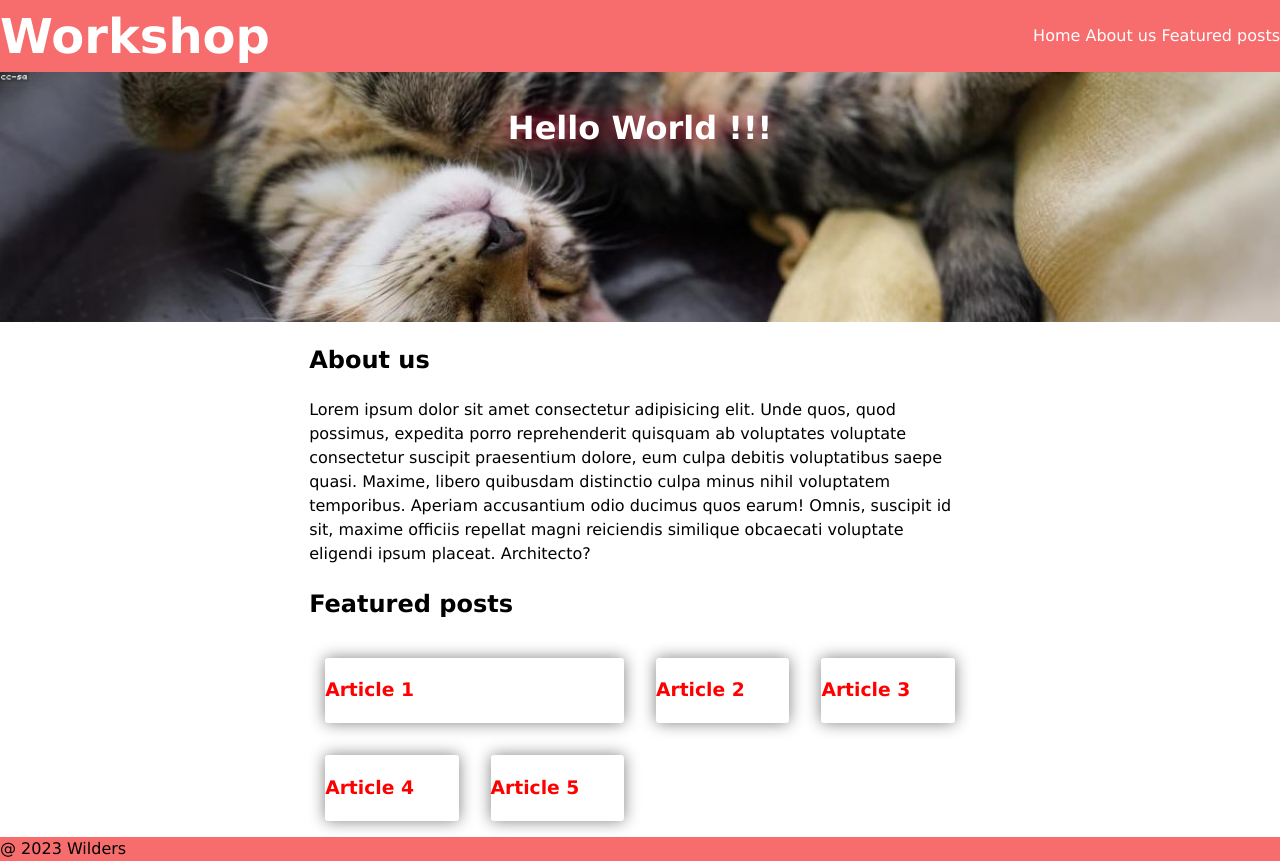
Repository: PPaillard/cssresponsive
Page: index.html
These files come from the project's save history. The page is drawn as it stood at one moment and after the next save; the edit follows.
The browser window is 1280 px wide. The pictures show the whole page.

Above is the page before, as saved 2023-03-03 16:23:16.

After the next save:
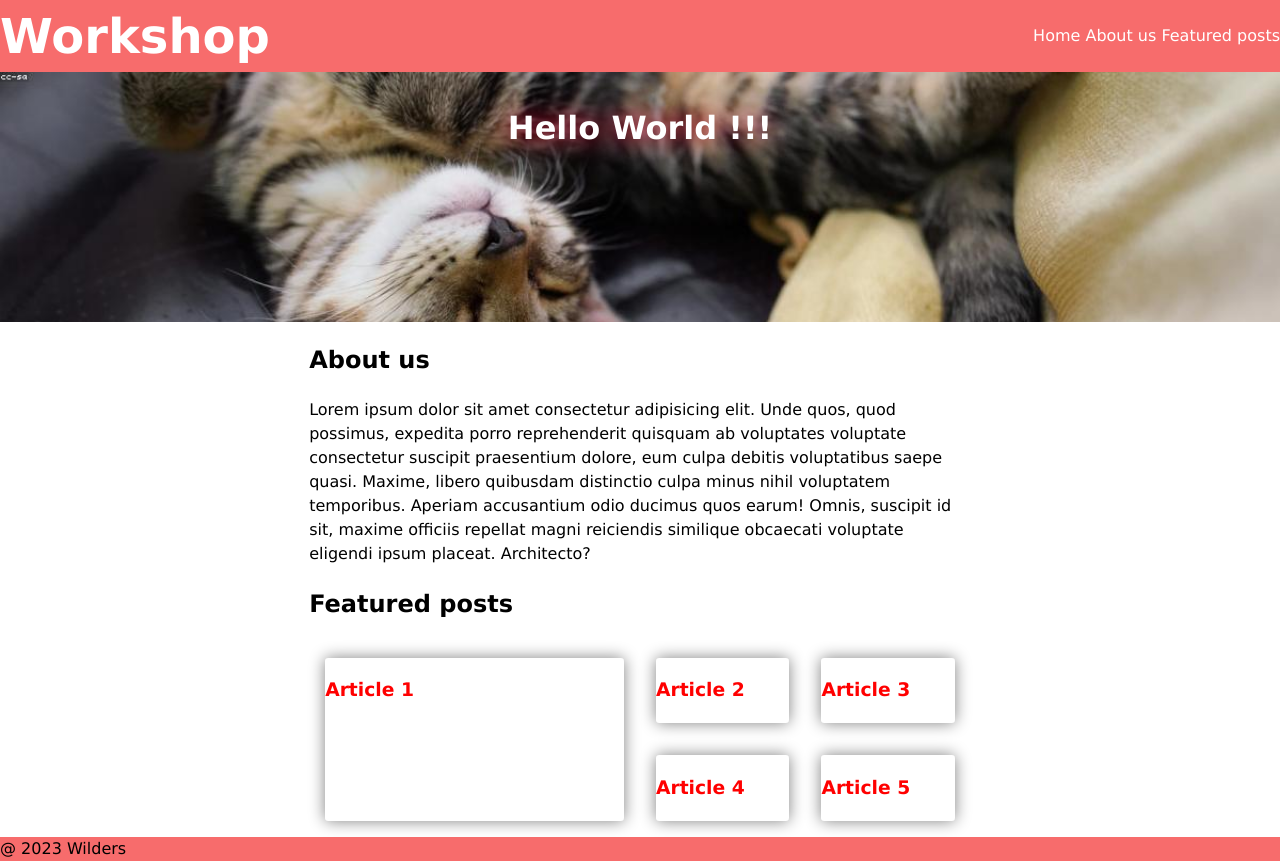
Saved 45 s later.
--- a/style.css
+++ b/style.css
@@ -90,7 +90,7 @@ footer {
     grid-template-columns: repeat(4, 1fr);
   }
 
-  #featured-posts > div > article:first-of-type(:min) {
+  #featured-posts > div > article:first-of-type {
     grid-row: 1/3;
   }
 }
